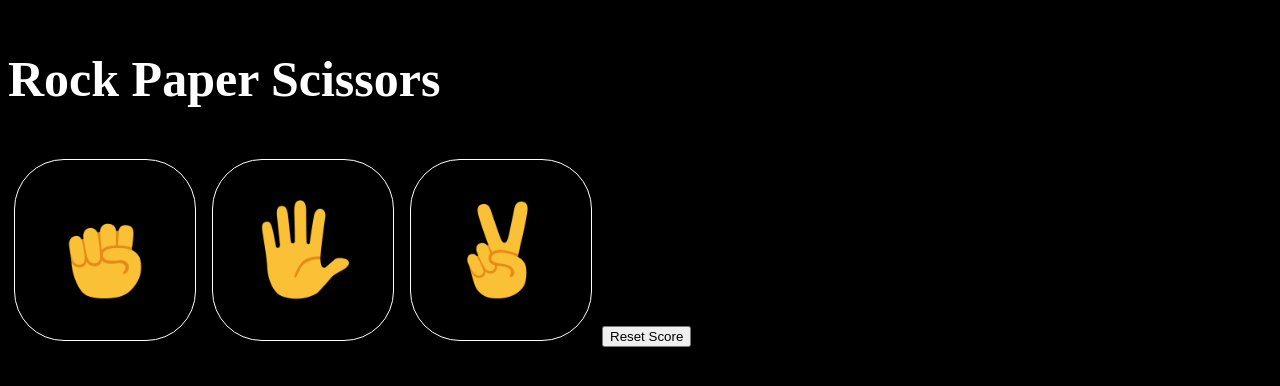
Repository: pgyunknown/Rock_paper_scissors-
Page: index.html
The author's editor kept a copy of each file at every save. The page is drawn from the files as they stood at one save, then again after the next save.
The browser window is 1280 px wide. The pictures show the whole page.

Above is the page before, as saved 2024-08-30 17:04:26.

After the next save:
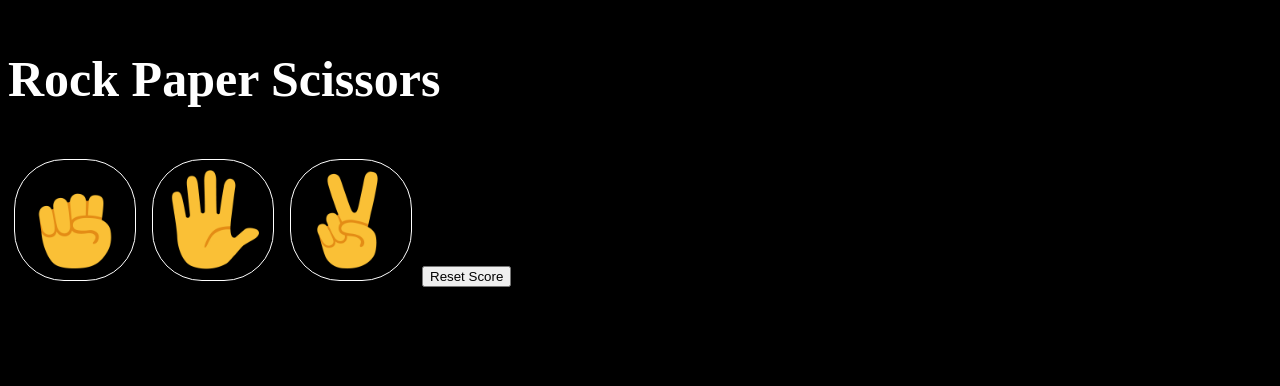
Saved 7 s later.
--- a/index.css
+++ b/index.css
@@ -13,7 +13,7 @@ button img{
   background-color: black;
   border: 1px solid white;
   border-radius: 50px;
-  padding: 40px;
+  padding: 10px;
 }
 .emoji{
   background-color: black;
